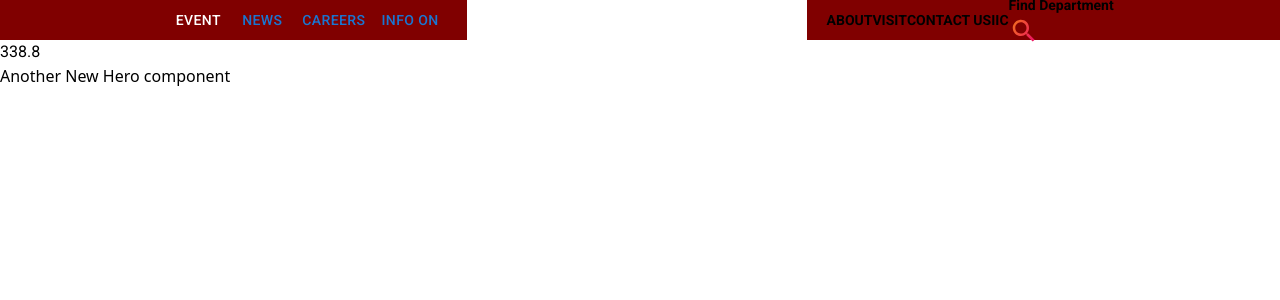
Repository: akash-Sa19/bit-durg
Page: /
An editor plug-in stored every save of this project. The page is shown before and after the next save, followed by the edit.
The browser window is 1280 px wide. The pictures show the whole page.
Some web fonts or font styles are not loaded; a fallback is used. The project was rebuilt for these pictures with package versions that can differ from the ones it lists, and the page was loaded fresh each time. Also part of the build but not shown: vite.config.js.

Above is the page before, as saved 2023-04-25 23:27:41.

### index.html
<!DOCTYPE html>
<html lang="en">
  <head>
    <meta charset="UTF-8" />
    <link rel="icon" type="image/svg+xml" href="/vite.svg" />
    <meta name="viewport" content="width=device-width, initial-scale=1.0" />
    <title>Vite + React</title>
    <style>
      @import url("https://fonts.googleapis.com/css2?family=Roboto:ital,wght@0,400;0,500;0,700;0,900;1,300;1,400;1,500;1,700;1,900&family=Source+Serif+Pro:wght@400;600;700;900&display=swap");
    </style>
  </head>
  <body>
    <div id="root"></div>
    <script type="module" src="/src/main.jsx"></script>
  </body>
</html>

### src/App.jsx
import React from 'react'
// import "./App.css";
// import Navbar from './component/Navbar';
// import HeroComponent from './component/HeroComponent';
import { Navbar, Hero } from './Component';

import { search } from './assets/asset';

const App = () => {
  return (
    <div className="">
      <Navbar />
      <Hero />
    </div>
  );
}

export default App

### src/index.css
@tailwind base;
@tailwind components;
@tailwind utilities;



:root {
  /* font-family: Inter, system-ui, Avenir, Helvetica, Arial, sans-serif; */
  /* line-height: 1.5; */
  /* font-weight: 400; */

  color-scheme: light dark;
  color: rgb(0, 0, 0);
  background-color: #ffffff;
  box-sizing: border-box;

  font-synthesis: none;
  text-rendering: optimizeLegibility;
  -webkit-font-smoothing: antialiased;
  -moz-osx-font-smoothing: grayscale;
  -webkit-text-size-adjust: 100%;
}

### src/Component/index.js
import Navbar from './Navbar';
import Hero from './Hero';

export {
	Navbar,
	Hero
};

### src/assets/asset.js
import search from './search.svg';
import Grouplogo1 from './Grouplogo1.svg';
import downArrow from './downArrow.svg'

export {
	search,
	Grouplogo1,
	downArrow
};

### src/Component/Navbar.jsx
import React from "react";
import styles from "../style";
import { search, downArrow, Grouplogo1 } from "../assets/asset";
import { useState } from "react";
import Button from "@mui/material/Button";

const Navbar = () => {
  const [width, setWidth] = useState(338.8);
  const [height, setHeight] = useState(134.2);

  // const ColorButton = styled(Button)(({ theme }) => ({
  //   color: theme.palette.getContrastText(purple[500]),
  //   backgroundColor: purple[500],
  //   '&:hover': {
  //     backgroundColor: purple[700],
  //   },
  // }));

  return (
    <div className="font-roboto">
      <div
        className={`bg-bit-red font-bold text-[14px] h-10 flex justify-center items-center gap-5 w-full text-red-300`}
      >
        <div className="text">
          <Button
            variant="text"
            color="secondary"
            sx={{
              color: "white",
              "&:hover": {
                color: "grey",
              },
            }}
          >
            Event
          </Button>
          <Button variant="text">News</Button>
          <Button variant="text">Careers</Button>
          <Button variant="text">Info On</Button>
          {/* <ul className={`${styles.flexEnd}`}>
            <li>EVENT</li>
            <li>NEWS</li>
            <li>CAREERS</li>
            <li className={`${styles.flexEnd}`}>
              INFO ON
              <span>
                <img src={downArrow} alt="Down Arrow" />
              </span>
            </li>
          </ul> */}
        </div>

        <div className={`w-[340px] h-[135px] bg-white`}>
          {/* <img
            src={Grouplogo1}
            alt="BitLogo"
            className={`w-[${width}px] h-[${height}px`}
          /> */}
        </div>

        <div className={`${styles.flexStart}`}>
          <ul className={`${styles.flexStart}`}>
            <li>ABOUT</li>
            <li>VISIT</li>
            <li>CONTACT US</li>
            <li>IIC</li>
          </ul>
          <div>
            <p>Find Department</p>
            <img src={search} alt="Search" />
          </div>
        </div>
      </div>

      <p>{width}</p>
    </div>
  );
};

export default Navbar;

### src/Component/Hero.jsx
import React from "react";
import { Navbar } from "./index";
const Hero = () => {
  return (
    <div className="text-red-300 bg-red-300">
      <p>Another New Hero component</p>
    </div>
  );
};

export default Hero;

### src/style.js
 const styles = {
  boxWidth: "xl:max-w-[1280px] w-full",

  heading2:
    "",
  paragraph:
    "",

  flexCenter: "flex justify-center items-center",
  flexStart: "flex justify-start items-center",
  flexEnd: "flex justify-end items-center",

  paddingX: "sm:px-16 px-6",
  paddingY: "sm:py-16 py-6",
  padding: "sm:px-16 px-6 sm:py-12 py-4",

  marginX: "sm:mx-16 mx-6",
  marginY: "sm:my-16 my-6",
};

export default styles;

### tailwind.config.js
/** @type {import('tailwindcss').Config} */
export default {
  content: ["./index.html", "./src/**/*.{js,ts,jsx,tsx}"],
  theme: {
    colors : {
      "bit-red": "#800000",
      "bit-yellow": "#E7D7C1",
      "bit-blue": "#062242",
      "bit-lightblue": "#7EB2DD",
      "white": "#FFFFFF",
      "black": "#000000"
    },
    screens : {
      sm: '360px',
      md: '834px',
      lg: '1440px'
    },
    fontFamily : {
      'roboto': ['Roboto', 'sans-serif' ],
      'serif-pro': ['Source Serif Pro', 'serif']
    },
    extend: {},
  },
  plugins: [],
};

Loaded but not shown: src/main.jsx (common file)

After the next save:
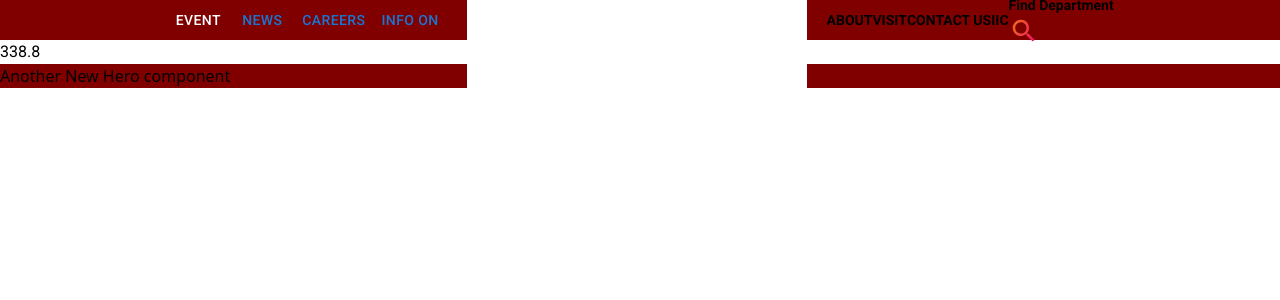
Saved 118 s later.
--- a/src/Component/Hero.jsx
+++ b/src/Component/Hero.jsx
@@ -2,7 +2,7 @@ import React from "react";
 import { Navbar } from "./index";
 const Hero = () => {
   return (
-    <div className="text-red-300 bg-red-300">
+    <div className="text-red-300 bg-red-300 bg-bit-red">
       <p>Another New Hero component</p>
     </div>
   );
